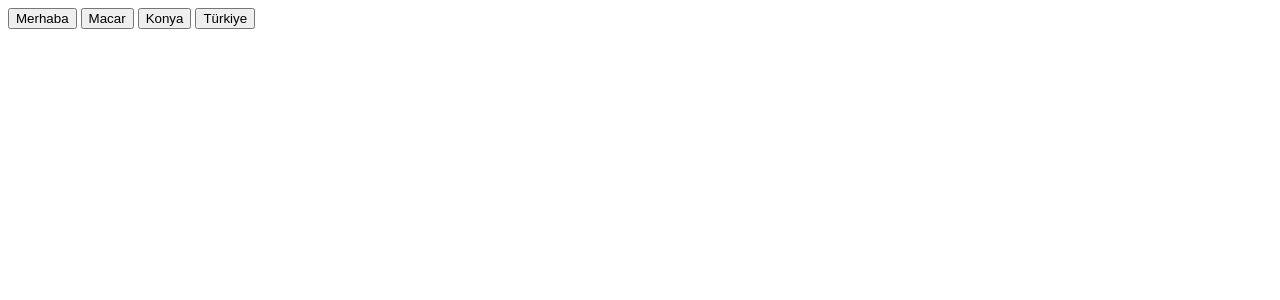
Repository: Sonvatan/Sonvatan
Page: JavaScript-Test.html
The author's editor kept a copy of each file at every save. The page is drawn from the files as they stood at one save, then again after the next save.
The browser window is 1280 px wide. The pictures show the whole page.

Above is the page before, as saved 2024-01-16 11:23:44.

### JavaScript-Test.html
<html>
    <head>
        <title>Merhaba JavaScript</title>

    </head>
    <body>
        <button onclick='SonmacarTest()' >Merhaba</button>
        <button onclick='SonmacarTest()' >Macar</button>
        <button onclick='SonmacarTest()' >Konya</button>
        <button onclick='SonmacarTest()' >Türkiye</button>
        <script>
            var x = 9;
            var y = 4;
            function SonmacarTest() {
                alert(x + y );
                alert(x - y );
                alert(x * y );
                alert(x / y );
            }



        </script>




    </body>
</html>

After the next save:
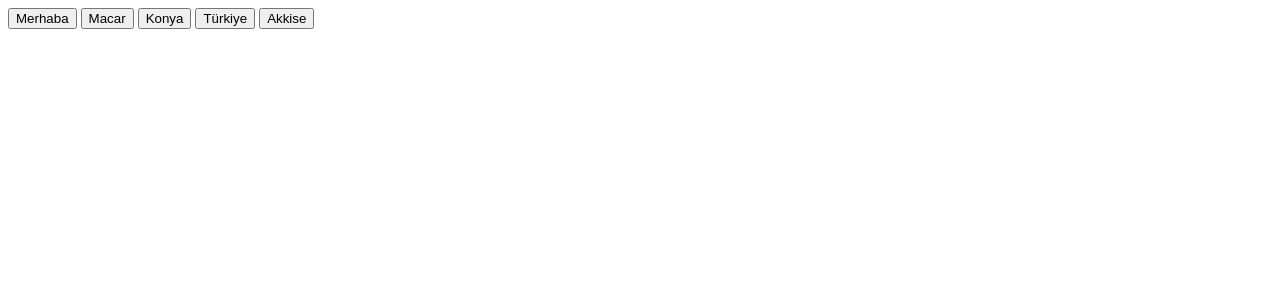
Saved 73 s later.
--- a/JavaScript-Test.html
+++ b/JavaScript-Test.html
@@ -8,6 +8,7 @@
         <button onclick='SonmacarTest()' >Macar</button>
         <button onclick='SonmacarTest()' >Konya</button>
         <button onclick='SonmacarTest()' >Türkiye</button>
+        <button onclick='SonmacarTest()' >Akkise</button>
         <script>
             var x = 9;
             var y = 4;
@@ -16,6 +17,7 @@
                 alert(x - y );
                 alert(x * y );
                 alert(x / y );
+                alert(x % y );
             }
 
 
